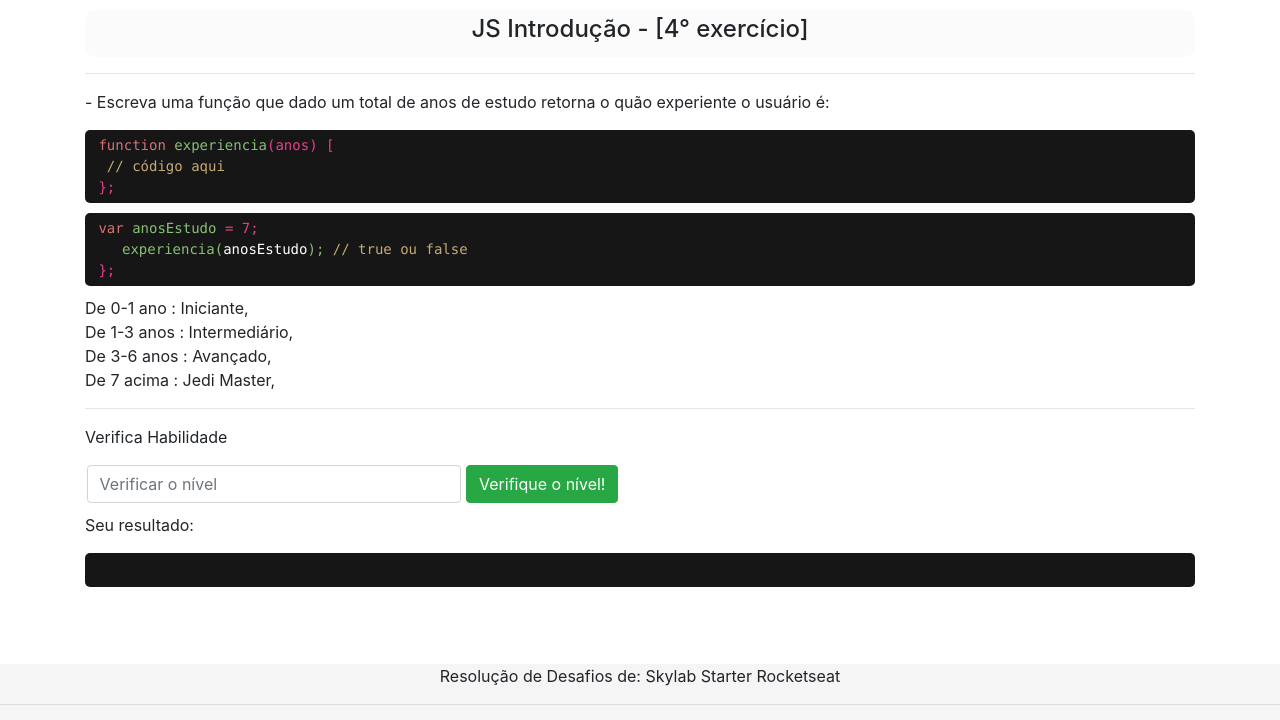
Repository: edsonjuniornarvaes/JS-Starter-Chalenge-Skylab
Page: introducao/exercicio-4/ex4.html
The author's editor kept a copy of each file at every save. The page is drawn from the files as they stood at one save, then again after a run of saves.
The browser window is 1280 px wide. The pictures show the whole page.

Above is the page before, as saved 2020-06-10 10:16:04.

After the next 2 saves:
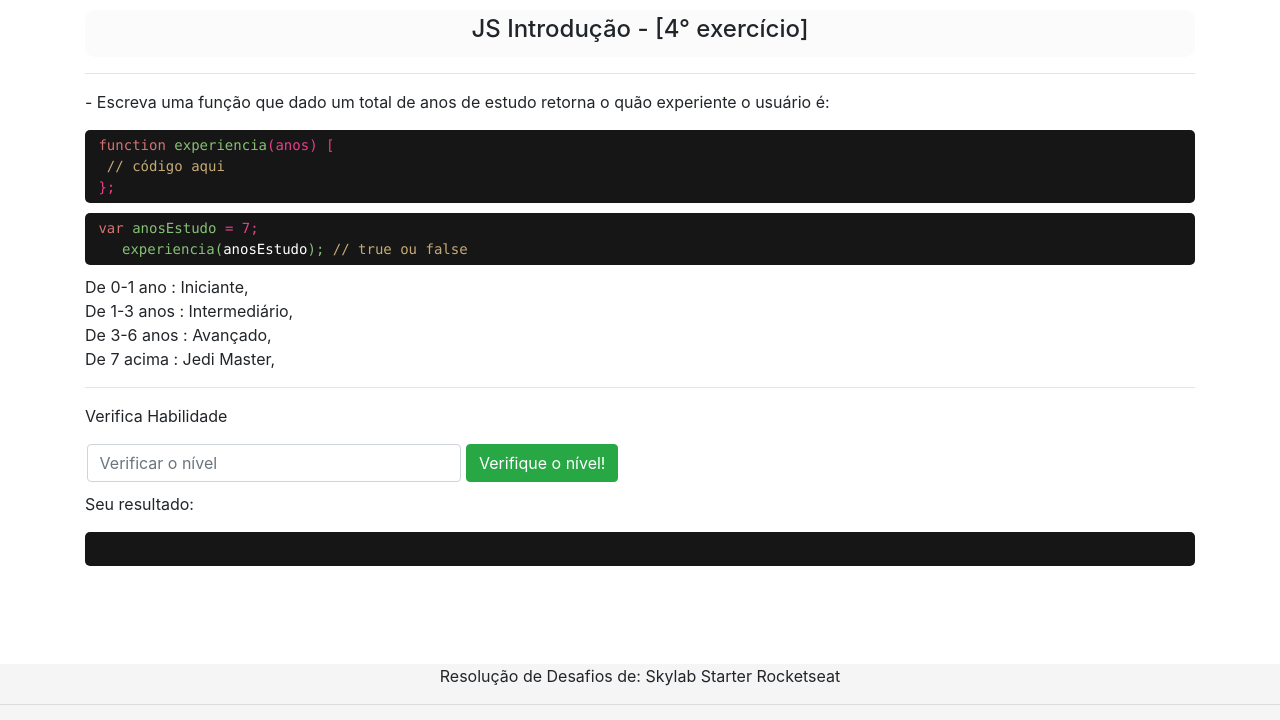
The 2 saves are shown as one change because they came seconds apart.
The last was saved 67 s later.
--- a/introducao/exercicio-4/ex4.html
+++ b/introducao/exercicio-4/ex4.html
@@ -22,8 +22,7 @@
             <fieldset>
                 <code>
                     <span class="var">&nbsp;var</span> <span class="nameObject">anosEstudo </span>= 7;<br>
-                        <span class="nameObject enbsp">experiencia(<span class="txtCode">anosEstudo</span>);<span class="before"> // true ou false</span></span><br>
-                    &nbsp;};
+                    <span class="nameObject enbsp">experiencia(<span class="txtCode">anosEstudo</span>);<span class="before"> // true ou false</span></span><br>
                 </code>
             </fieldset>
             De 0-1 ano : Iniciante</span>, <br>
